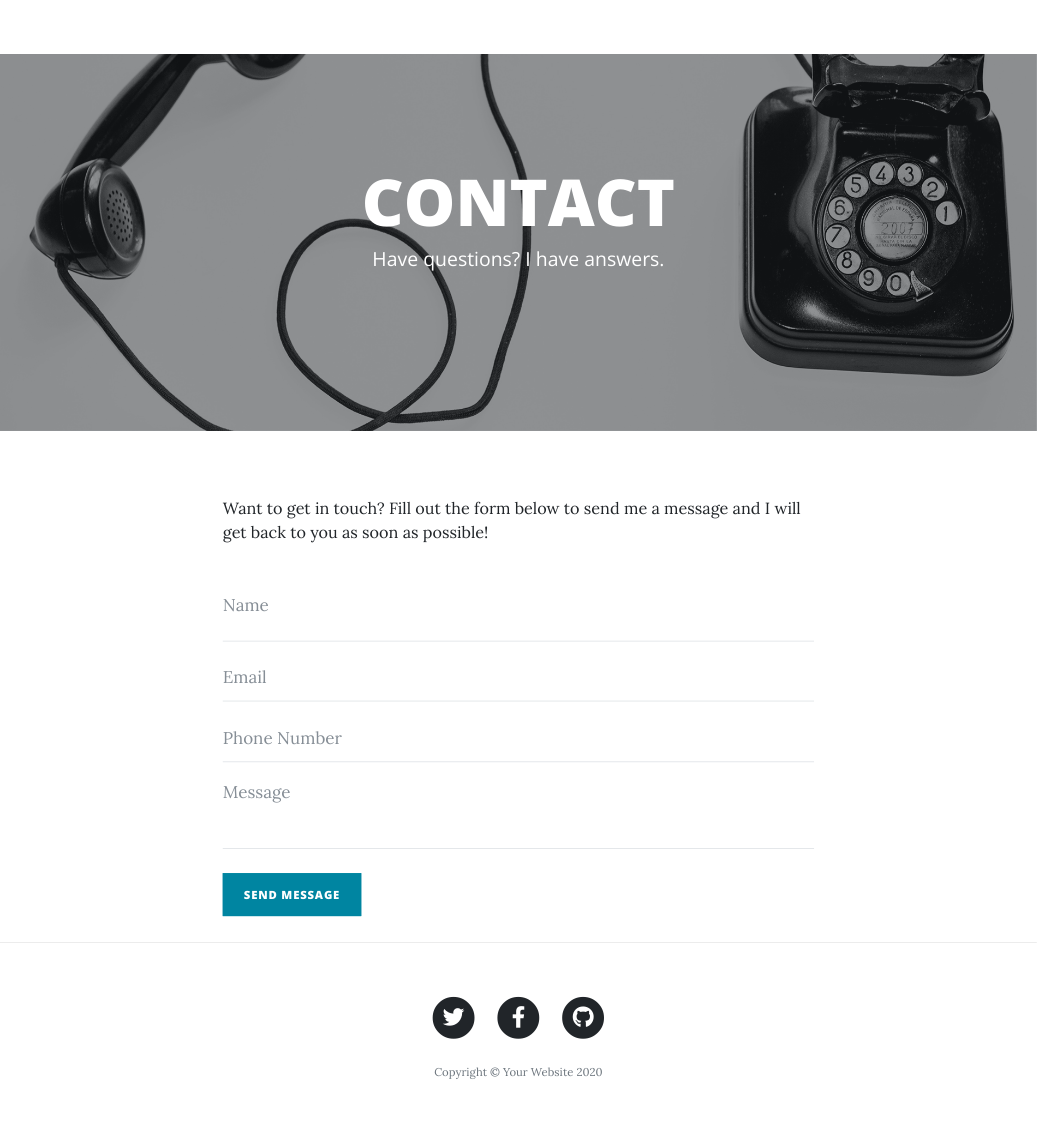
Repository: elvinyeka/elvin-blog
Page: http://localhost/contact
The author's editor kept a copy of each file at every save. The page is drawn from the files as they stood at one save, then again after the next save.
The browser window is 1280 px wide. The pictures show the whole page, at 81% of full size.
The page is served by the project's application, run on Flask 3 (CLEANBLOG/__init__.py).

Above is the page before, as saved 2020-10-21 00:09:05.

After the next save:
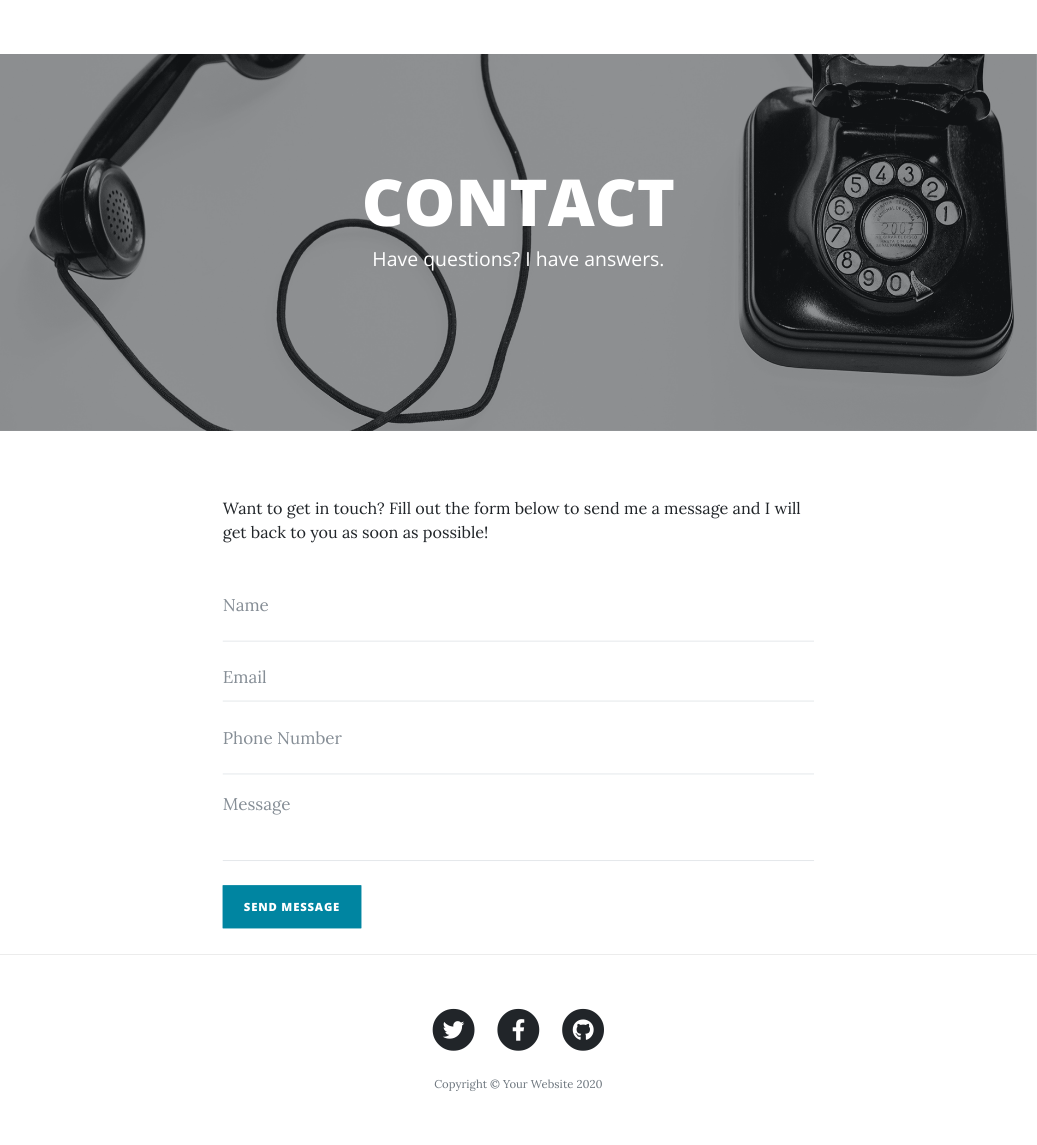
Saved 71 s later.
--- a/CLEANBLOG/templates/contact.html
+++ b/CLEANBLOG/templates/contact.html
@@ -41,12 +41,14 @@
                     <div class="form-group col-xs-12 floating-label-form-group controls">
                         <label>Phone Number</label>
                         {{form.phone(placeholder = 'Phone Number', class='form-control')}}
+                        <p class="help-block text-danger"></p>
                     </div>
                 </div>
                 <div class="control-group">
                     <div class="form-group floating-label-form-group controls">
                         <label>Message</label>
-                        {{form.message(placeholder = 'Message', class='form-control')}}                        <p class="help-block text-danger"></p>
+                        {{form.message(placeholder = 'Message', class='form-control')}}
+                        <p class="help-block text-danger"></p>
                     </div>
                 </div>
                 <br>
